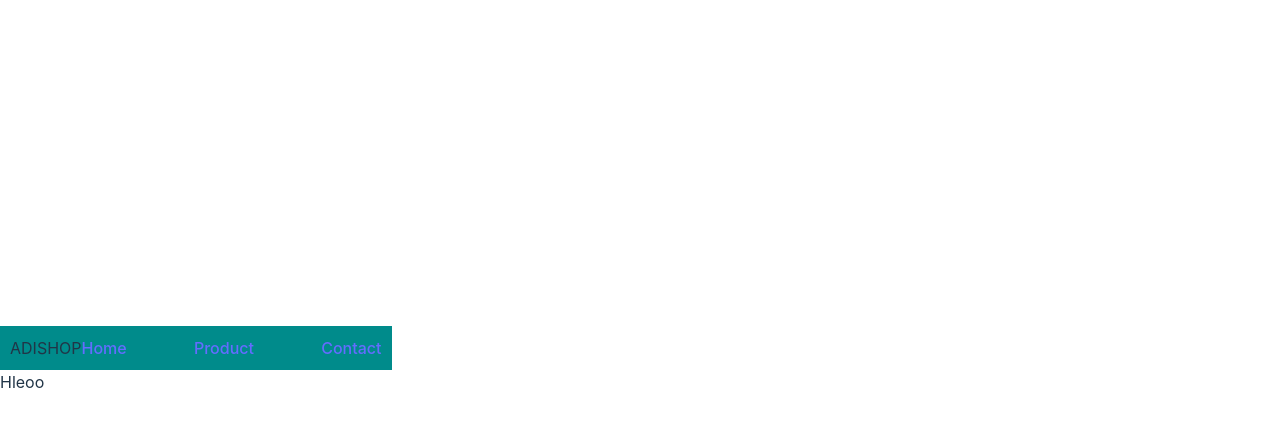
Repository: Aditya0377/React-ecommercewebsite
Page: /product (app in ecommerce/)
The author's editor kept a copy of each file at every save. The page is drawn from the files as they stood at one save, then again after the next save.
The browser window is 1280 px wide. The pictures show the whole page.
The project was rebuilt for these pictures with package versions that can differ from the ones it lists, and the page was loaded fresh each time. Also part of the build but not shown: ecommerce/vite.config.js, ecommerce/src/components/Home.jsx, ecommerce/src/components/Contact.jsx.

Above is the page before, as saved 2025-01-21 14:59:00.

### ecommerce/src/main.jsx
import { BrowserRouter } from 'react-router-dom'
import { createRoot } from 'react-dom/client'
import './index.css'
import App from './App.jsx'

createRoot(document.getElementById('root')).render(
  <BrowserRouter>
    <App />
  </BrowserRouter>


)

### ecommerce/src/App.jsx
import React from 'react'
import Header from './components/Header'
import { Routes, Route } from 'react-router-dom'
import Home from './components/Home'
import Product from './components/Product'
import Contact from './components/Contact'

const App = () => {
  return (
    <div>
      <Header />
      <Routes>
        <Route path='/' element={<Home />} />
        <Route path='/product' element={<Product />} />
        <Route path='/contact' element={<Contact />} />

      </Routes>
    </div>
  )
}

export default App

### ecommerce/src/components/Header.jsx
import React from 'react'
import "./Header.css"
import { Link } from "react-router-dom"
const Header = () => {
    return (
        <div className='nav'>
            <div className="logo">ADISHOP</div>
            <div className="menu">
                <ul>
                    <li>
                        <Link to='/'>Home</Link>
                    </li>
                    <li>
                        <Link to='/product'>Product</Link>
                    </li>
                    <li>
                        <Link to='/contact'>Contact</Link>

                    </li>
                </ul>
            </div>
        </div>
    )
}

export default Header

### ecommerce/src/components/Product.jsx
import React, { useState } from 'react'
import './data.json'
const Product = () => {
    console.log()
    return (
        <div>
            Hleoo
        </div>
    )
}

export default Product

### ecommerce/src/components/Header.css
*{
    box-sizing: border-box;
    margin: 0px;
    padding: 0px;
}

.nav{
    padding:10px;
    display: flex;
    justify-content: space-between;
    align-items: center;
    background-color: darkcyan;
}
.menu ul {
    list-style: none;
    display: flex;
    width: 300px;
    justify-content: space-between;
}

### ecommerce/src/components/data.json
{
    "mydata": [
        {
            "title": "Title",
            "price": 299,
            "img": "https://img.freepik.com/free-photo/shirt-mockup-concept-with-plain-clothing_23-2149448751.jpg?t=st=1737451221~exp=1737454821~hmac=38c9a648fff414a6a1e7b7c6c1f1c59452209e32183e8481e905ef72b9d0a9ca&w=1060"
        },
        {
            "title": "Title",
            "price": "free",
            "img": "https://img.freepik.com/free-photo/shirt-mockup-concept-with-plain-clothing_23-2149448751.jpg?t=st=1737451221~exp=1737454821~hmac=38c9a648fff414a6a1e7b7c6c1f1c59452209e32183e8481e905ef72b9d0a9ca&w=1060"
        },
        {
            "title": "Title",
            "price": "free",
            "img": "https://img.freepik.com/free-photo/shirt-mockup-concept-with-plain-clothing_23-2149448751.jpg?t=st=1737451221~exp=1737454821~hmac=38c9a648fff414a6a1e7b7c6c1f1c59452209e32183e8481e905ef72b9d0a9ca&w=1060"
        },
        {
            "title": "Title",
            "price": 299,
            "img": "https://img.freepik.com/free-photo/shirt-mockup-concept-with-plain-clothing_23-2149448751.jpg?t=st=1737451221~exp=1737454821~hmac=38c9a648fff414a6a1e7b7c6c1f1c59452209e32183e8481e905ef72b9d0a9ca&w=1060"
        }
    ]
}

Loaded but not shown: ecommerce/index.html (common file); ecommerce/src/index.css (common file); ecommerce/src/components/Home.css (no stored copy; drawn as an empty file)

After the next save:
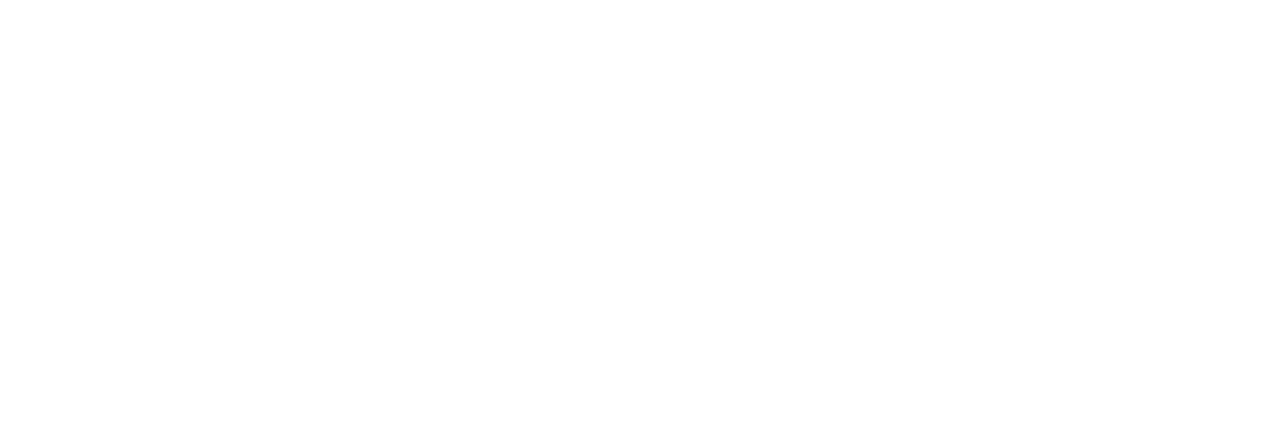
Console error: ReferenceError: mydata is not defined
Saved 24 s later.
--- a/ecommerce/src/components/Product.jsx
+++ b/ecommerce/src/components/Product.jsx
@@ -1,7 +1,7 @@
 import React, { useState } from 'react'
-import './data.json'
+import data from './data.json'
 const Product = () => {
-    console.log()
+    console.log(mydata)
     return (
         <div>
             Hleoo

After the save that followed:
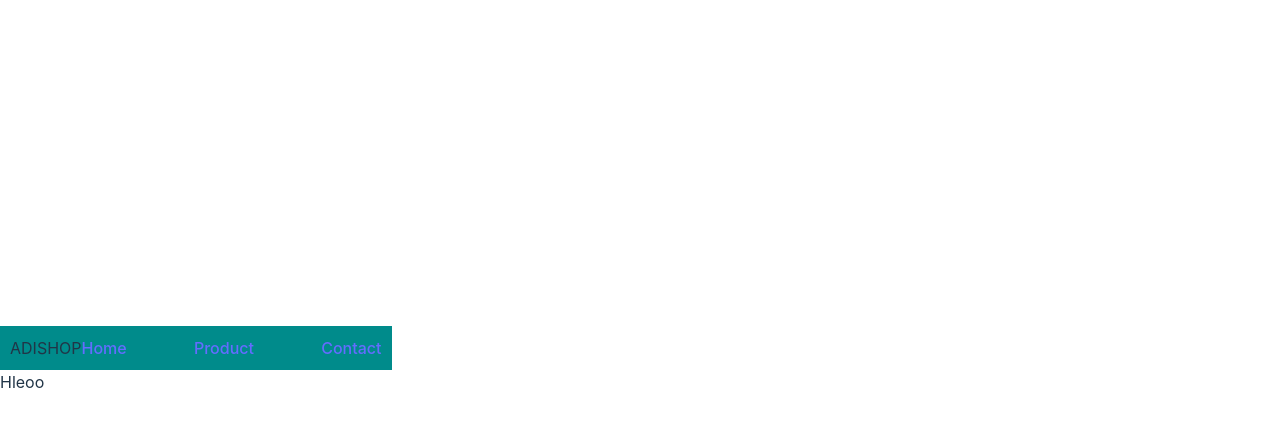
The error is gone.
Saved 12 s later.
--- a/ecommerce/src/components/Product.jsx
+++ b/ecommerce/src/components/Product.jsx
@@ -1,7 +1,7 @@
 import React, { useState } from 'react'
 import data from './data.json'
 const Product = () => {
-    console.log(mydata)
+    console.log(data.mydata)
     return (
         <div>
             Hleoo
